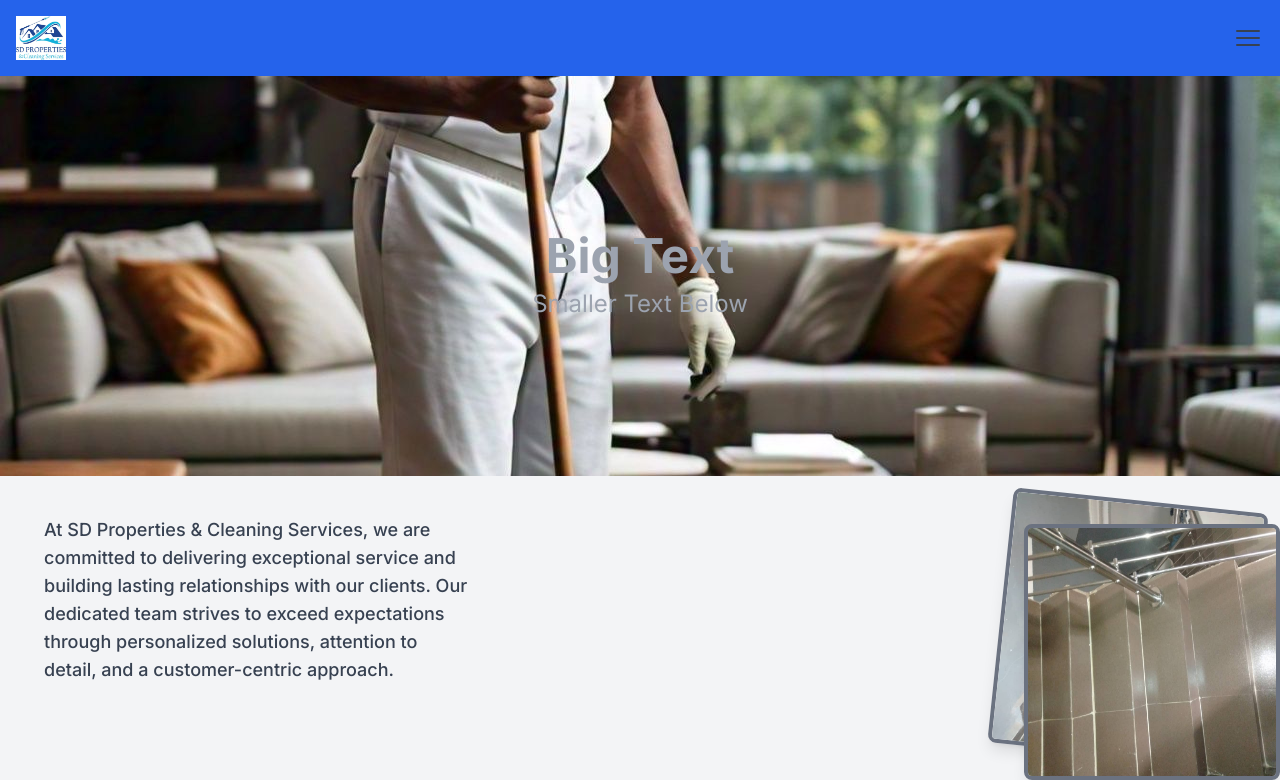
Repository: devmskhan/sdpropandclean
Page: /
The author's editor kept a copy of each file at every save. The page is drawn from the files as they stood at one save, then again after the next save.
The browser window is 1280 px wide. The pictures show the whole page.
The project was rebuilt for these pictures with package versions that can differ from the ones it lists, and the page was loaded fresh each time. The framework's server and built-in components were replaced by stand-ins that run in the browser. Also part of the build but not shown: next.config.mjs.

Above is the page before, as saved 2024-09-03 12:16:12.

### app/layout.tsx
import type { Metadata } from "next";
import { Inter } from "next/font/google";
import "./globals.css";

const inter = Inter({ subsets: ["latin"] });

export const metadata: Metadata = {
  title: "SD Properties & Cleaning",
  description: "Provision of Houses and Cleanliness of Homes is our apex goal",
};

export default function RootLayout({
  children,
}: Readonly<{
  children: React.ReactNode;
}>) {
  return (
    <html lang="en">
      <body className={inter.className}>{children}</body>
    </html>
  );
}

### app/page.tsx
import Header from '../components/Header';
import Body from '../components/Body';

export default function Home() {
  return (
    <main className="min-h-screen bg-gray-200">
      <Header />
      <Body />
    </main>
  );
}

### components/Header.tsx
import Image from "next/image";
import { Bars3Icon } from '@heroicons/react/24/solid'


function Header() {
    return (
        <header className="sticky top-0 flex justify-between items-center p-4 bg-blue-600 shadow-md">
      {/* Logo on the top left */}
      <div className="flex items-center">
        <Image
          src="/sdlogo.jpg"
          alt="Logo"
          width={50}
          height={50}
          className="cursor-pointer"
        />
      </div>

      {/* Triple line (hamburger) icon on the top right */}
      <div className="cursor-pointer">
        <Bars3Icon className="h-8 w-8 text-gray-700" />
      </div>
    </header>
    )
}

export default Header;

### components/Body.tsx



function Body() {
    return (
        <div>
            <div className="relative w-full h-[400px] bg-cover bg-center text-gray-400"
         style={{ backgroundImage: 'url("/pic1.jpg")' }}>
      <div className="absolute inset-0 flex flex-col justify-center items-center text-center">
        {/* Larger Text */}
        <h1 className="text-5xl font-bold mb-2">
          Big Text
        </h1>
        {/* Smaller Text */}
        <p className="text-2xl">
          Smaller Text Below
        </p>
      </div>
    </div>

    <div>

    </div>

      <div className="flex justify-between p-6 bg-gray-100">
  <div className="max-w-md text-left mr-12"> {/* Increased margin-right for larger space */}
    <p className="text-lg font-medium text-gray-700 mt-4 ml-5">
      At SD Properties & Cleaning Services, we are committed to delivering exceptional service and building lasting relationships with our clients. Our dedicated team strives to exceed expectations through personalized solutions, attention to detail, and a customer-centric approach.
    </p>
  </div>
  <div className="relative">
    <img
      src="stairsb.jpg"
      alt="Top Image"
      className="w-64 h-64 rounded-lg shadow-lg border-gray-500 border-solid border-4 transform rotate-6"
      style={{ zIndex: 10 }} // Adds a bit of depth to the rotation
    />
    <img
      src="stairsaft.jpg"
      alt="Bottom Image"
      className="absolute bottom-0 left-0 w-64 h-64 rounded-lg shadow-lg border-gray-500 border-solid border-4 transform translate-x-6 translate-y-6"
    />
  </div>
</div>


        </div>


    )
}

export default Body;

Loaded but not shown: app/globals.css (common file); tailwind.config.ts (common file)

After the next save:
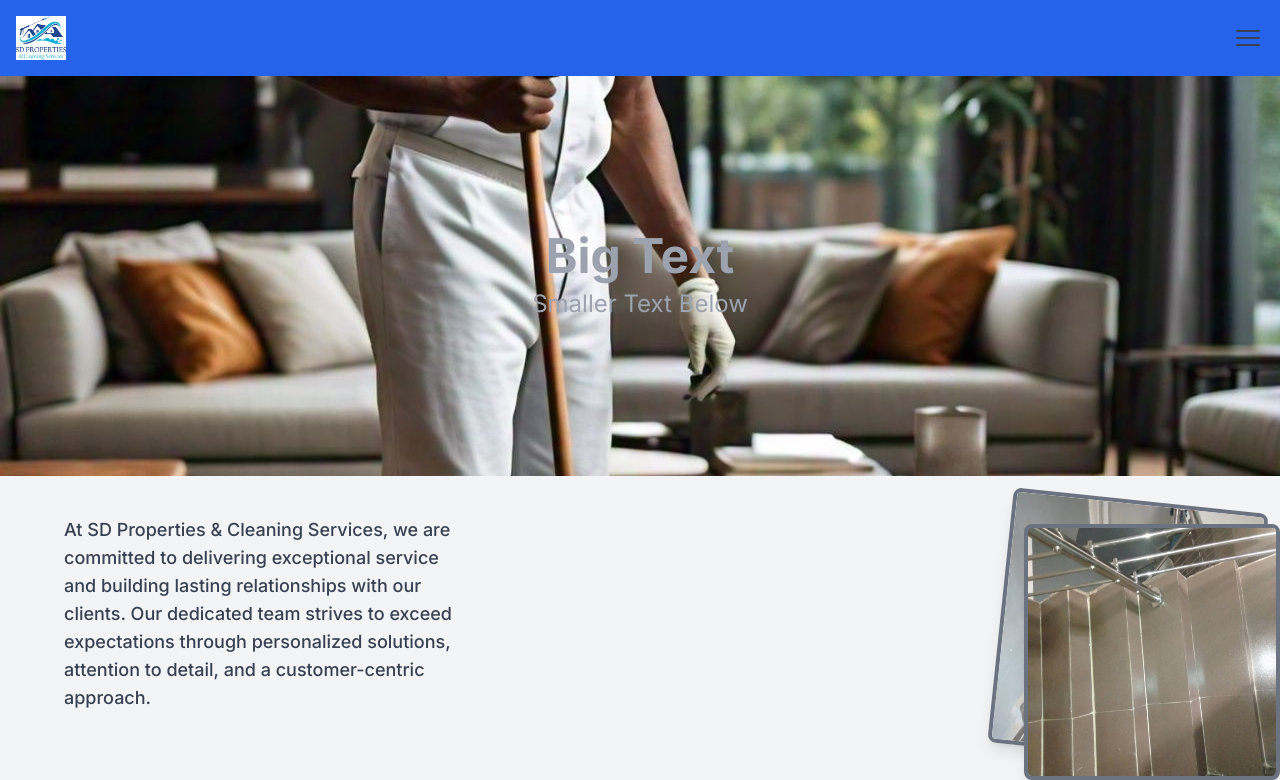
Saved 5 s later.
--- a/components/Body.tsx
+++ b/components/Body.tsx
@@ -24,7 +24,7 @@ function Body() {
 
       <div className="flex justify-between p-6 bg-gray-100">
   <div className="max-w-md text-left mr-12"> {/* Increased margin-right for larger space */}
-    <p className="text-lg font-medium text-gray-700 mt-4 ml-5">
+    <p className="text-lg font-medium text-gray-700 mt-4 ml-10">
       At SD Properties & Cleaning Services, we are committed to delivering exceptional service and building lasting relationships with our clients. Our dedicated team strives to exceed expectations through personalized solutions, attention to detail, and a customer-centric approach.
     </p>
   </div>
